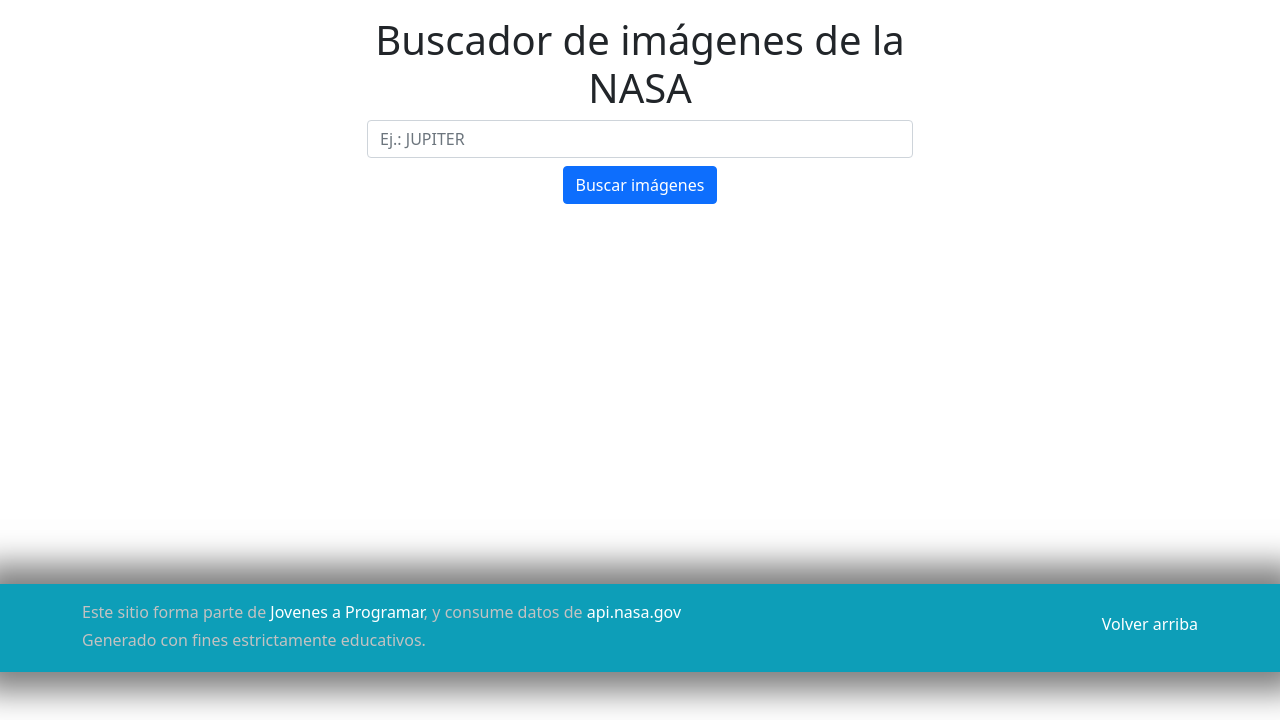
Repository: romancegirl/galaxies
Page: index.html
An editor plug-in stored every save of this project. The page is shown before and after the next save, followed by the edit.
The browser window is 1280 px wide. The pictures show the whole page.

Above is the page before, as saved 2024-11-18 20:27:08.

After the next save:
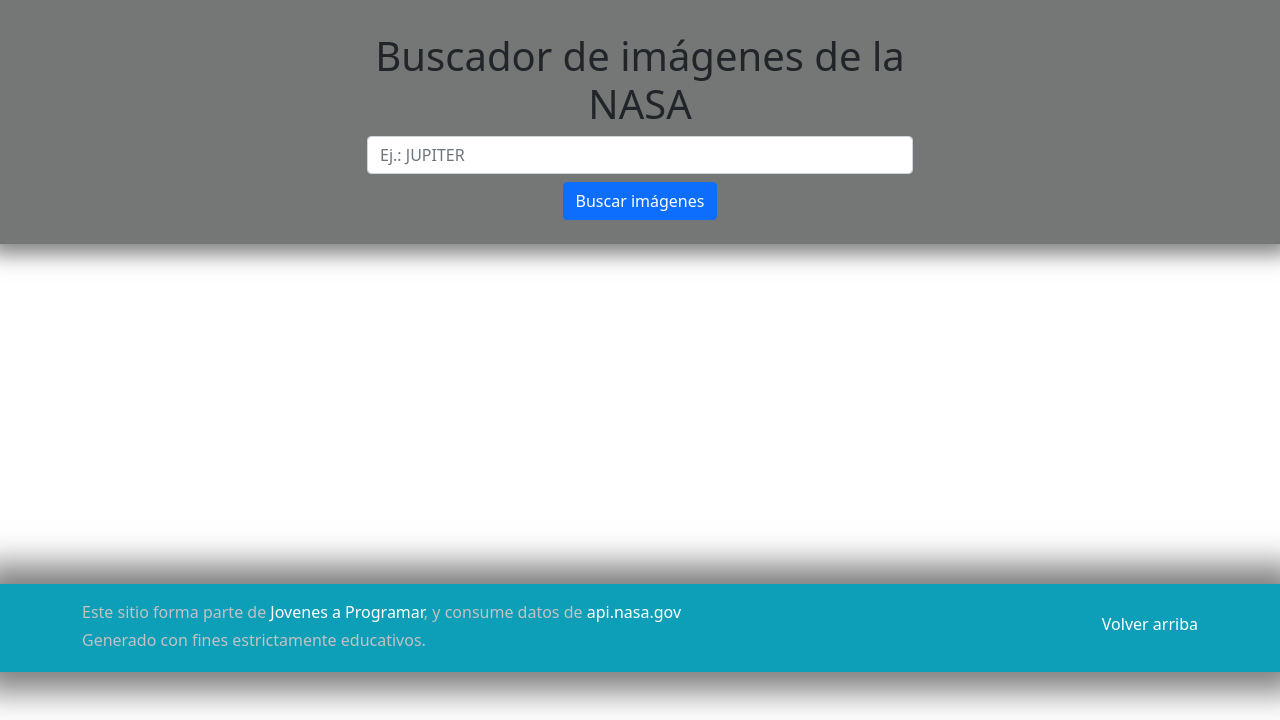
Saved 15 s later.
--- a/css/style.css
+++ b/css/style.css
@@ -10,7 +10,7 @@ main {
     box-shadow: 0 0 30px 20px rgba(0, 0, 0, 0.5);
 }
 
-.intro {
+#intro {
     background-color: #1c1e1f9b;
     padding-top: 1rem;
     position: relative;
